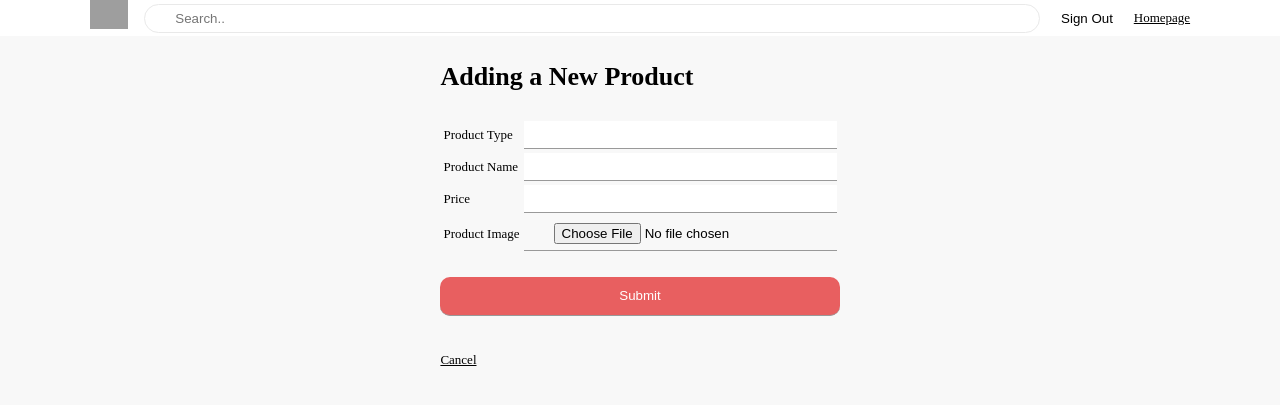
Repository: PhuongHuynh9987/Shopaholic-Ecommerce
Page: http://localhost/Shopaholic/WEB-INF/views/addnewproduct.jsp
These files come from the project's save history. The page is drawn as it stood at one moment and after the next save; the edit follows.
The browser window is 1280 px wide. The pictures show the whole page.
Pictures or frames that could not be fetched are drawn as grey boxes. The page is served by Tomcat 9. Nobody is signed in. Other server files are loaded and not shown. The template is opened directly, without the code that normally fills it, so the values that code supplies are empty.

Above is the page before, as saved 2024-01-30 01:04:55.

### Shopaholic/src/main/webapp/WEB-INF/views/addnewproduct.jsp
<%@ page language="java" contentType="text/html; charset=UTF-8"
    pageEncoding="UTF-8"%>


<!DOCTYPE html>
<%@page import="java.sql.*"%>
<%@ page import="java.io.*,java.util.*, javax.servlet.*"%>
<%@ page import="shopaholicjava.*"%>
<%@ page import = "javax.servlet.http.*" %>


<html>
<head>
<meta charset="UTF-8">
<!-- Favicon -->
<link rel = "icon" type = "image/x-icon" href = "asset/favicon.ico"/>
<!-- Font Awesome icons (free version) -->
<script src="https://use.fontawesome.com/releases/v5.15.4/js/all.js" crossorigin = "anonymous"></script>
<!--Google fonts  -->
<link href = "https://fonts.googleapis.com/css?family=Montserrat:400,700" rel="stylesheet" type = text/css />
<!-- Core theme CSS (bootstrap) -->
<link href = "style.css" rel="stylesheet"/>
<!-- <meta charset="ISO-8859-1"> -->
<title>Adding a New Product</title>
</head>
<body>
	<div class='body'>
		<div class='navbar'>
			<div class='logo'>
				<img src="images/logo.png" alt="logo">
			</div>
			<div class='searchbar'>
				<input type="text" placeholder="Search..">
			</div>

			<div>
				<form action="LogoutServlet">
					<input type = "hidden" name = "UserType" value = "Merchant">
					<button type="submit" class='signout'>Sign Out</button>
				</form>
			</div>

			<div class='homepage'>
				<a href="MerchantServlet">Homepage</a>
			</div>
		</div>

		<div>
			<h1>Adding a New Product</h1>
	        <form action="MerchantServlet" method="post" name="Form"  enctype = "multipart/form-data" onsubmit="return validateForm()">
	       		<input type="hidden" name="action" value="add">
				<table>
					<tr>
						<td>Product Type</td>
						<td><input type="text" name="productType" onkeypress="removeElert()"/></td>
					</tr>

					<tr>
						<td>Product Name</td>
						<td><input type="text" name="productName" onkeypress="removeElert()"/></td>
					</tr>
					<tr>
						<td>Price</td>
						<td><input type="text" name="price" onkeypress="removeElert()" /></td>
					</tr>

					<tr>
						<td>Product Image</td>
						<td><input type="file" name="imageFile" onkeypress="removeElert()"/></td>
					</tr>

				</table>
				<span class="emptyField">Please Fill In All Required Fields!</span>
				<input type="submit" value="Submit" class ="addProduct" />
			</form>
			<div class = "footer">
				<a href="MerchantServlet">Cancel</a>
			</div>
		</div>
	</div>

	<script  type="text/javascript">
	 	var emptyField = document.querySelector(".emptyField");

		function validateForm() {
		    var a = document.forms["Form"]["productType"].value;
		    var b = document.forms["Form"]["productName"].value;
		    var c = document.forms["Form"]["price"].value;
		    var d = document.forms["Form"]["imageFile"].value;

		    if ((a == null || a == "") || (b == null || b == "") || (c == null || c == "") || (d == null || d == "")) {
		    	emptyField.classList.add("active");
		    	return false;
		    }
		    else {
		    	return true;
		    }
		 }

		 function removeElert() {
			emptyField.classList.remove("active");
		 }

	</script>


</body>
</html>

### Shopaholic/src/main/webapp/style.css
@charset "UTF-8";

 /******** Global *********/
 input, select, textarea {
  outline: none;
/*   appearance: unset !important;
  -moz-appearance: unset !important;
  -webkit-appearance: unset !important;
  -o-appearance: unset !important;
  -ms-appearance: unset !important;  */
 }


html {
	box-sizing: border-box;
	margin: 0;
	padding:0;
	width:100%;
}

a{
  color : black;
  cursor: pointer;
}

button {
	 cursor: pointer;
}

figure {
  margin-bottom: 50px;
  text-align: center; }

body {
  font-size: 13px;
  line-height: 1.8;
/*   color: #222; */
  background: #f8f8f8;
  font-weight: 400;
  font-family: Poppins;
  margin: 0;
}

 input {
  width: 100%;
  display: block;
  border: none;
  border-bottom: 1px solid #999;
  padding: 6px 30px;
  box-sizing: border-box;

}

.main {
  padding: 50px 0;
}

hr {
	width:100%;
	text-align:left;
	margin-left:0;
 }


  /************ Nav Bar ************/
.navbar {
  display: flex;
  background: #fff;
  gap: 1rem;
  justify-content: center;
  align-items: center;
  width:100%;
 }

 .logo img {
 	width: 2.4rem;
 	margin:0;
 	padding:0;
 }

 .logo {
  overflow: fit-content;
 }

.searchbar {
  	width: 70%;
  }
.searchbar input {
  border-radius: 30px;
  border: 1px solid #e9e9e9;
 }

.cart, .signout {
	margin:0;
 	padding:0.3rem;
  	border:none;
  	background: #fff;
  	transition: 0.4s;
  }

.cart:hover,
.signout:hover {
  	background:#e9e9e9;
  	border-radius: 10px;
  	padding: 0.3rem;
}


  /******** Body for sign up and log in ******/
 .container {
 	display:flex;
 	flex-direction: column;
 	width: 900px;
 	background: #fff;
 	margin: 0 auto;
 	justify-content: center;
  	align-items:center;
 }

 .signin-content, .signup-content {
  display: flex;
  display: -webkit-flex;
  padding-top: 67px;
 }

.signin-image, .signup-image {
	width: 50%;
	overflow:hidden;
  	margin-top: 10px;
}

.signin-form {
  margin-right: 15rem;
  }

.signup-form {
   margin-left: 10rem;
 }

 #signin {
  margin-top: 16px;
 }

 .signin-image-link,
 .signup-image-link {
  font-size: 14px;
  color: #222;
  display: block;
  text-align: center;
  margin: rem 0;
 }

.form-button {
  text-align: center; }

.form-submit {
  display: inline-block;
  background: #6dabe4;
  color: #fff;
  border-bottom: none;
  width: auto;
  padding: 5px 39px;
  border-radius: 5px;
  -moz-border-radius: 5px;
  -webkit-border-radius: 5px;
  -o-border-radius: 5px;
  -ms-border-radius: 5px;
  margin-top: 25px;
  cursor: pointer; }

.form-submit:hover {
   background: #4292dc; }

.form-group {
	display: flex;
	justify-content: center;
  	align-items:center;
}

.toast-msg {
	opacity: 0;
	color: red;
	transition: 0.2s ease;
}

.toast-msg.active {
	opacity: 1;
}

/* #UserName:not(:placeholder-shown)#UserName:not(:focus)+label {
	border-color: #96c477
}
   */


  /*********** User home page **********/

.product-area {
   display: grid;
  	grid-template-columns: 2fr 2fr 2fr 2fr;
  	margin:4rem;
  	gap: 2rem;
  }

.product {
  	box-shadow: 8px 8px  15px #c7c7c7;
  	padding: 10px;
  	text-align: center;
  	background: #fff
  }

.product img {
  	width: 11rem;
  	height: 10rem;
  	overflow: hidden;
  }

.product-bottom {
  	display:flex;
  	justify-content: center;
  	align-items: center;
  	justify-content:space-between;
  	gap: 1.2rem;
  }

.buttons {
	display:flex;
	justify-content: center;
  	align-items: start;
}

.addToCart {
	color: #6f6f6f;
	border: 1.9px solid #e6e6e6;
	background: #fff;
	padding: 7px;
}

.viewItem {
	color: #9ae6bb;
	border: 1.9px solid #9ae6bb;
	background: #fff;
	padding: 7px;
}

 .shopping-cart {
	display:grid;
	width: 50%;
	background: #fff;
	padding: 0 1rem;
 }

 .shopping-cart .top {
 	display:flex;
 	justify-content: space-between;
 	align-items: center;
 }

 .shopping-cart .items {
 	display:flex;
 	justify-content: space-between;
 	margin-top: 2rem;
 }

.shopping-cart .items .right{
 	text-align: right;
 }

.items .image {
	display:flex;
	justify-content:center;
	align-items:center;
}

 .items img {
 	width: 8rem;
 }

 .cartCancel {
 	border:none;
 	background-color: #fff;
 	font-weight: bolder;
 	margin-bottom: 1.3rem;
 }



 /* View Product information */
  .product-info{
  	display: flex;
  	justify-content:center;
	align-items:center;
  	width: 50rem;
  	height: 30rem;
  	gap:2rem;
  }

  .product-detail {
  	height: 20rem;
  }

  .product-detail div {
  	display: flex;
  	justify-content:space-between;
	align-items:center;
  }

.product-info img {
    width: 20rem;
    height: 20rem;
    margin-top:20px;
}


 .review {
 	margin: 6rem 0;
 }
 .review input{
 	width: 40rem;
 	height: 5rem;
  }

  /************* Merchants ************/
.body {
  display: flex;
  flex-direction: column;
  justify-content: center;
  align-items:center;
  width: auto;
  }

.addProduct {
	padding: 0.7rem;
	margin-bottom: 2rem;
	background: #e85f60;
	color: #fff;
	border-radius: 10px;

}

.footer {
	display: flex;
	justify-content: space-between;
	margin-top: 0;
	margin-bottom: 3rem;
}

.emptyField {
	color: red;
	opacity: 0;
}

.emptyField.active {
	opacity: 1;
}

After the next save:
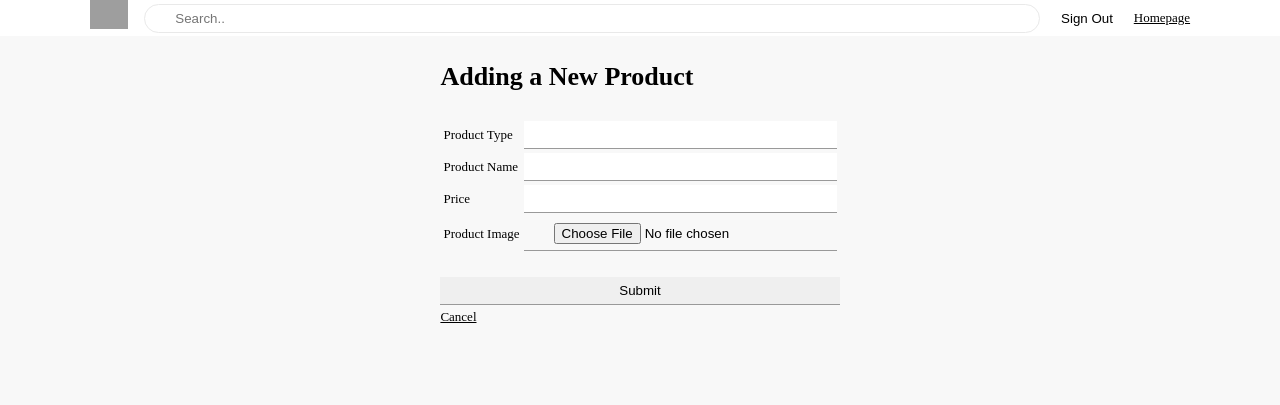
Saved 6 min 58 s later.
--- a/Shopaholic/src/main/webapp/WEB-INF/views/addnewproduct.jsp
+++ b/Shopaholic/src/main/webapp/WEB-INF/views/addnewproduct.jsp
@@ -71,7 +71,7 @@
 
 				</table>
 				<span class="emptyField">Please Fill In All Required Fields!</span>
-				<input type="submit" value="Submit" class ="addProduct" />
+				<input type="submit" value="Submit" class ="signin" />
 			</form>
 			<div class = "footer">
 				<a href="MerchantServlet">Cancel</a>
